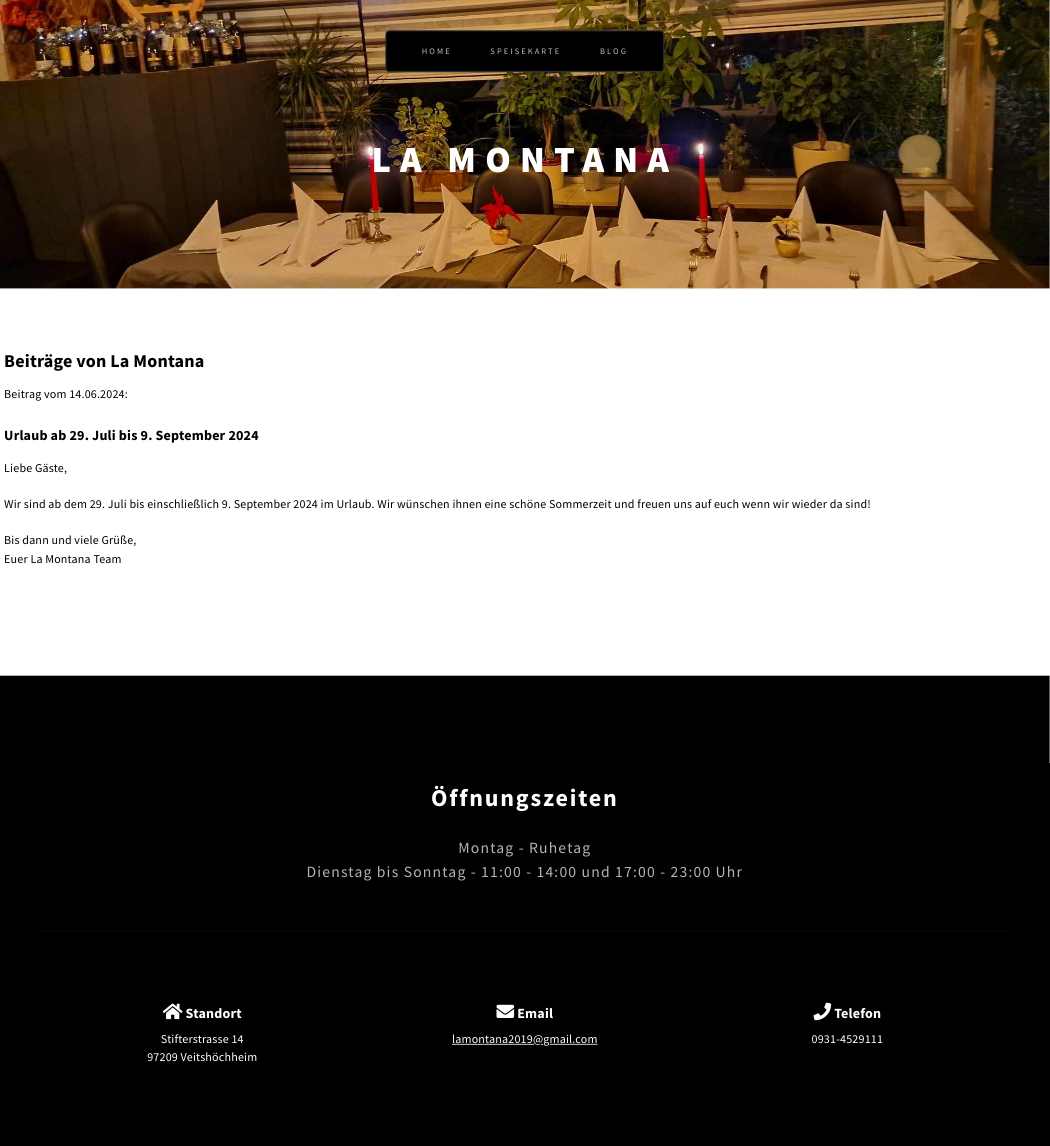
Repository: restaurantlamontana/restaurantlamontana.github.io
Page: blog.html
The author's editor kept a copy of each file at every save. The page is drawn from the files as they stood at one save, then again after the next save.
The browser window is 1280 px wide. The pictures show the whole page, at 82% of full size.

Above is the page before, as saved 2024-07-14 20:23:16.

After the next save:
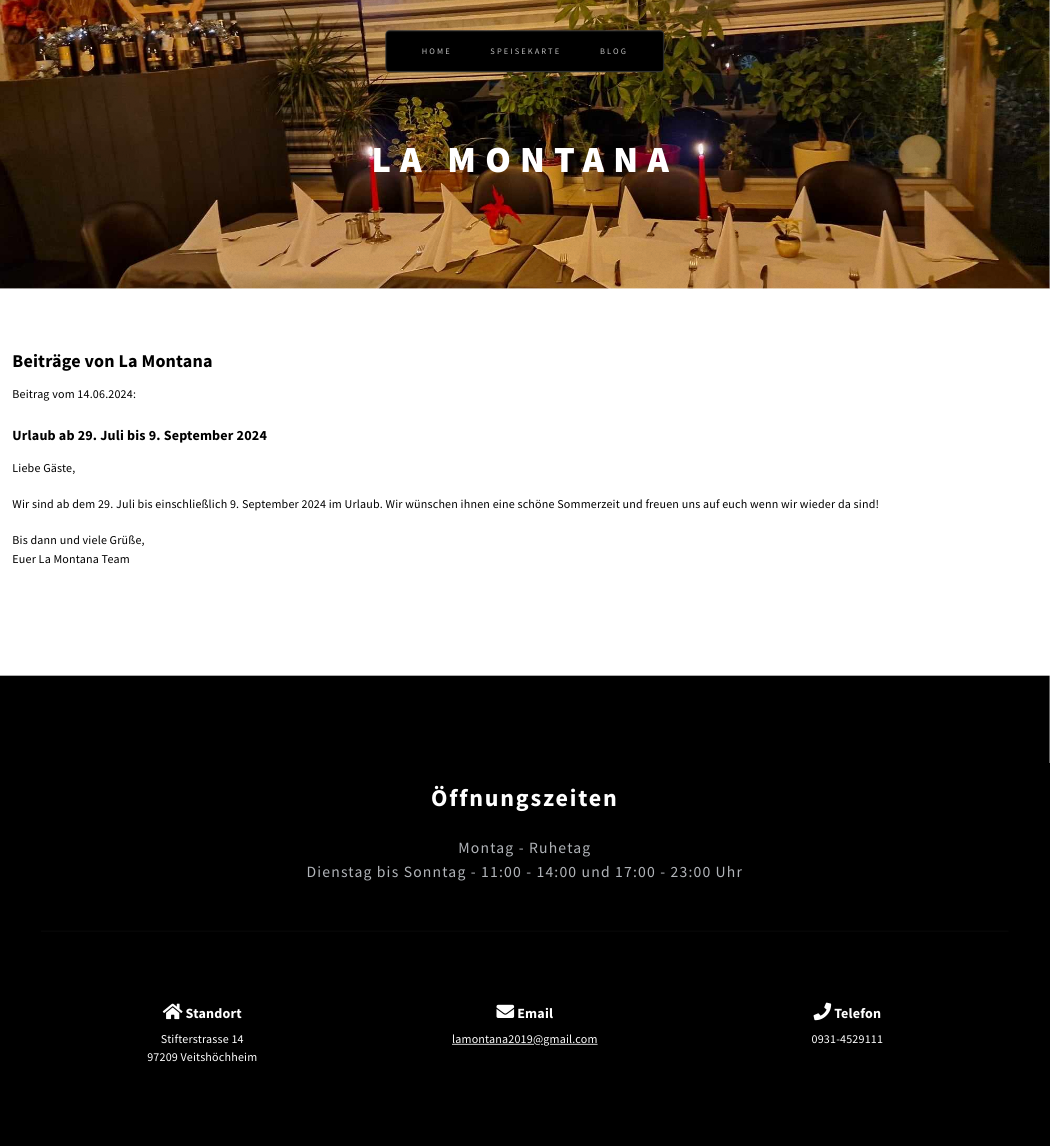
Saved 4 s later.
--- a/blog.html
+++ b/blog.html
@@ -27,7 +27,7 @@
 
 			<!-- Main -->
 				<section id="main" class="wrapper style2">
-					<div style="margin-left: 5px;">
+					<div style="margin-left: 15px;">
 						<h1 style="color: black;">Beiträge von La Montana</h1>
 						<div>
 						<p style="color: black;">Beitrag vom 14.06.2024:</p>
